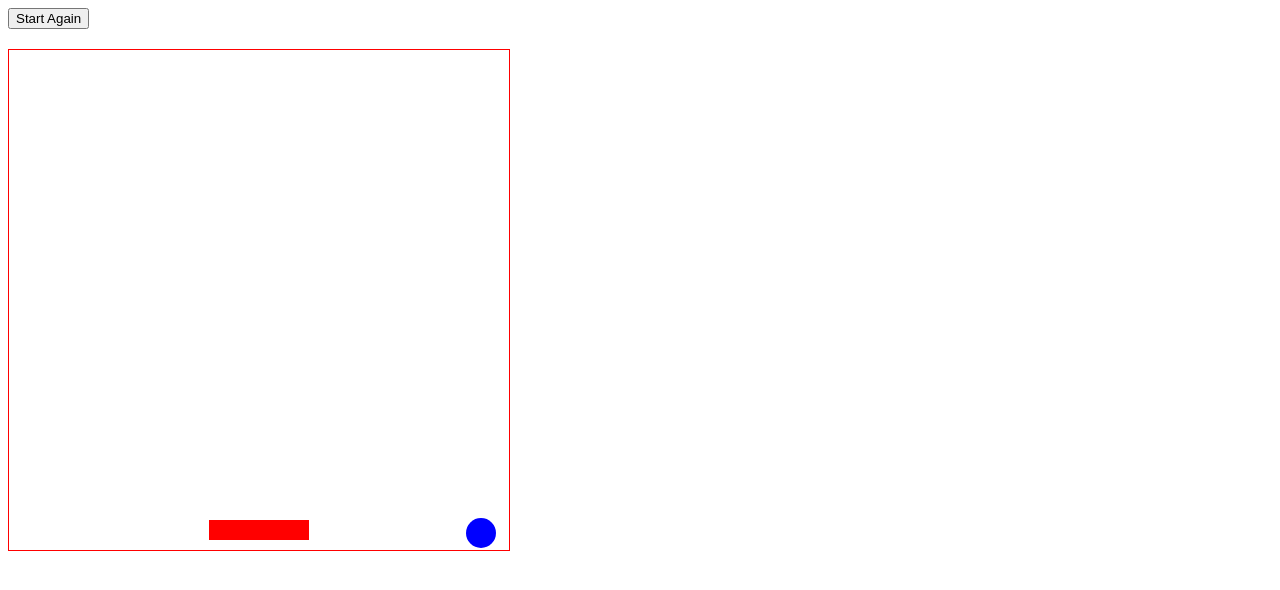
Repository: huynhsang96/CaseJS
Page: Demo_case/index.html
These files come from the project's save history. The page is drawn as it stood at one moment and after the next save; the edit follows.
The browser window is 1280 px wide. The pictures show the whole page.

Above is the page before, as saved 2022-02-18 20:29:31.

### Demo_case/index.html
<!DOCTYPE html>
<html lang="en">
<head>
    <meta charset="UTF-8">
    <meta http-equiv="X-UA-Compatible" content="IE=edge">
    <meta name="viewport" content="width=device-width, initial-scale=1.0">
    <title>Document</title>
    <style>

        canvas{
            margin-top: 20px;

        }
    </style>
</head>
<body>
    <div class="btn">
        <button class="btn-start">Start Again</button>
    </div>
    <canvas id="myCanvas" width="500" height="500" style="border:1px solid red;">


    <script src="./ball.js"></script>
    <script src="./bar.js"></script>
    <script src="./brick.js"></script>
    <script src="./main.js"></script>

    <script>

    </script>
</body>
</html>

### Demo_case/ball.js
class Ball{
    constructor(x, y, radius, color){
        this.x = x;
        this.y = y;
        this.radius = radius;
        this.color = color;
        this.speedX = 2;
        this.speedY = 3;
        this.canvas = document.getElementById("myCanvas");
        this.ctx = this.canvas.getContext('2d');
        this.isGameOver = false;
    }

    draw(){
        this.ctx.beginPath();
        this.ctx.arc(this.x, this.y, this.radius, 0, Math.PI * 2);
        this.ctx.fillStyle = this.color;
        this.ctx.fill();
        this.ctx.closePath();
    }

    updateBall(){
        this.x += this.speedX;
        this.y += this.speedY;
    }

    ballColiision(){
        if(this.x + this.radius > this.canvas.width || this.x < this.radius){
            this.speedX = -this.speedX;
        }
        if(this.y < this.radius){
            this.speedY = -this.speedY
        }
    }

    checkGame(){
        if(this.y + this.radius > this.canvas.height){
            this.isGameOver = true;
        }
    }

    move(){
        this.ctx.clearRect(0,0,this.canvas.width,this.canvas.height); // xóa canvas
        this.draw();
    }
}

### Demo_case/bar.js
class Bar{
    constructor(width, height, color){
        this.width = width;
        this.height = height;
        this.x = 200;
        this.y = 470;
        this.color = color;
        this.speed = 5;
        this.isMovingLeft = false;
        this.isMovingRight = false;
        this.canvas = document.getElementById("myCanvas");
        this.ctx = this.canvas.getContext('2d');
    }

    drawBar(){
        this.ctx.beginPath();
        this.ctx.rect(this.x, this.y, this.width, this.height);
        this.ctx.fillStyle = this.color;
        this.ctx.fill();
        this.ctx.closePath();
    }


    moveBar(){
        if(this.isMovingLeft && this.x > 0){
            this.x -= this.speed;
        }
        if(this.isMovingRight && this.x < this.canvas.width - this.width){
                this.x += this.speed;
            }
        }
}

### Demo_case/brick.js
class  Brick{
    constructor(){
        this.offsetX = 20;
        this.offsetY = 20;
        this.margin = 20;
        this.width = 60;
        this.height = 20;
        this.totalRow = 3;
        this.totalColum = 6;
        this.brickList = []
        this.isEndGame = false;
        this.canvas = document.getElementById("myCanvas");
        this.ctx = this.canvas.getContext('2d');
    }


    drawBrick(){
        this.brickList.forEach(element => {
            if(!element.isbroken){
                this.ctx.beginPath();
                this.ctx.rect(
                    element.x,
                    element.y,
                    this.width,
                    this.height,
                );
                this.ctx.fillStyle = "green";
                this.ctx.fill();
                this.ctx.closePath();
            }
        })
    }

    checkEndGame(){
        this.isEndGame = this.brickList.every(element =>{
            console.log(element.isbroken)
            return element.isbroken = true;
        })
    }
}

### Demo_case/main.js
let ball = new Ball(250,150,15,"blue");
let bar = new Bar(100,20,"red");
let bricks = new Brick();


// --------------------------Event Keyboard---------------------

document.addEventListener("keydown",function(e){
    if(e.keyCode === 37){
        bar.isMovingLeft = true;
    }
    if(e.keyCode === 39){
        bar.isMovingRight = true;
    }
})


document.addEventListener("keyup",function(e){
    if(e.keyCode === 37){
        bar.isMovingLeft = false;
    }
    if(e.keyCode === 39){
        bar.isMovingRight = false;
    }
})

// ----------------------------Bar----------------------------

function barCollision(){
    if(ball.x + ball.radius >= bar.x &&
        ball.y + ball.radius >= bar.y &&
        ball.x + ball.radius <= bar.x + bar.width){

        ball.speedY = -ball.speedY;
    }
}

// ----------------------------Bricks------------------------

// Tạo danh sách Bricks
for(let i = 0; i < bricks.totalColum; i++){
    for(let j = 0; j < bricks.totalRow; j++){
        bricks.brickList.push({
            x: bricks.offsetX + i * (bricks.width + bricks.margin),
            y: bricks.offsetY + j * (bricks.height + bricks.margin),
            isbroken: false,
        })
    }
}

// xử lý va chạm
function BricksCollision(){
    bricks.brickList.forEach(element =>{
        if(!element.isbroken){
            if(ball.x + ball.radius >= element.x &&
                ball.x + ball.radius <= element.x + bricks.width &&
                ball.y + ball.radius >= element.y &&
                ball.y + ball.radius <= element.y + bricks.height){
                ball.speedY = -ball.speedY;
                element.isbroken = true;
            }
        }
    })
}

console.log(bricks.checkEndGame())

function play(){
    ball.checkGame();

    if(!ball.isGameOver){
        ball.move();
        ball.updateBall();
        ball.ballColiision();

        bar.drawBar();
        bar.moveBar();
        barCollision();

        bricks.drawBrick();
        BricksCollision()

        requestAnimationFrame(play); // Giống đệ quy
    }else{
        alert("End Game!")
    }
}
play()

After the next save:
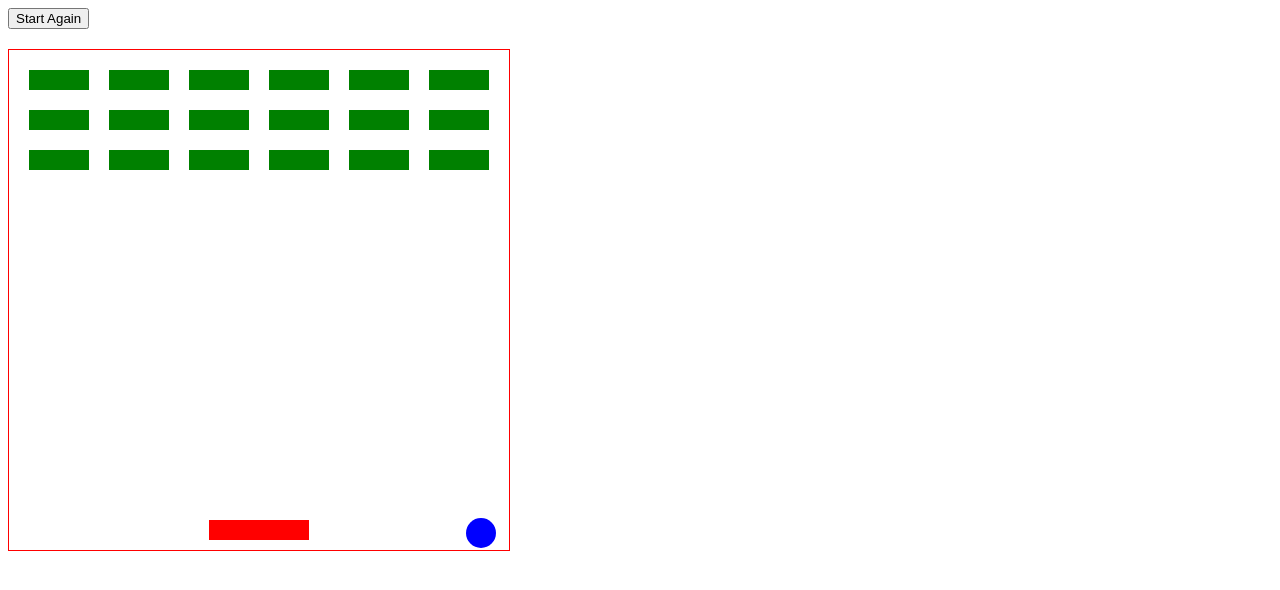
Saved 61 s later.
--- a/Demo_case/main.js
+++ b/Demo_case/main.js
@@ -63,7 +63,7 @@ function BricksCollision(){
     })
 }
 
-console.log(bricks.checkEndGame())
+// console.log(bricks.checkEndGame())
 
 function play(){
     ball.checkGame();

After the save that followed:
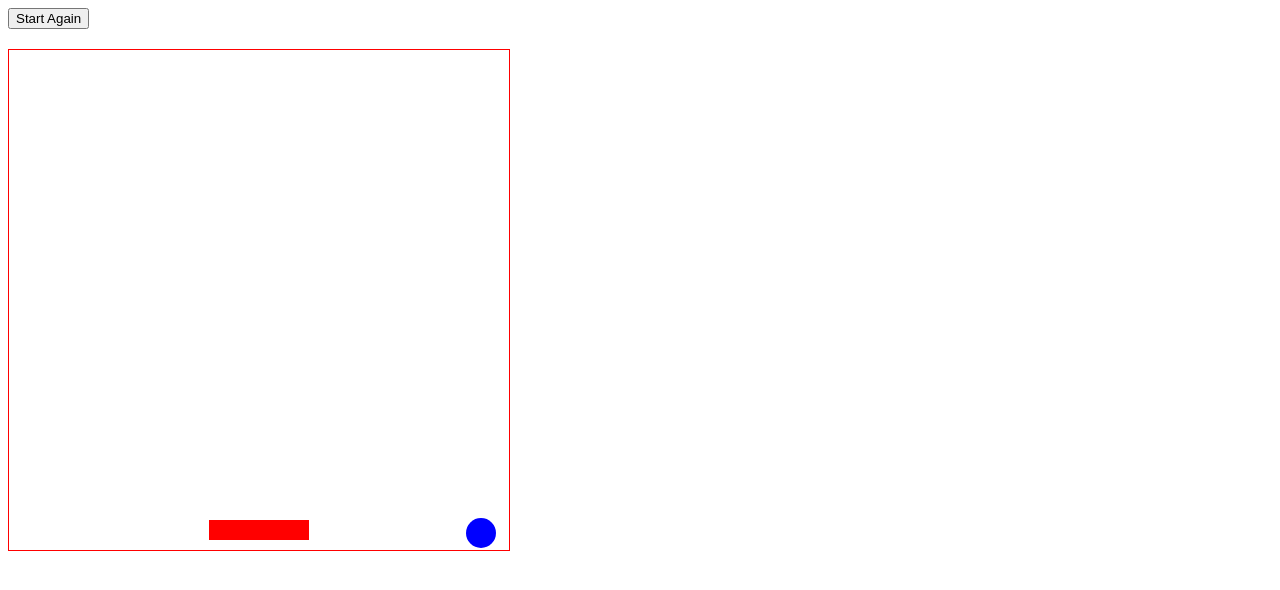
Saved 18 s later.
--- a/Demo_case/main.js
+++ b/Demo_case/main.js
@@ -67,7 +67,7 @@ console.log(bricks.checkEndGame())
 
 function play(){
     ball.checkGame();
-
+    console.log(bricks.checkEndGame())
     if(!ball.isGameOver){
         ball.move();
         ball.updateBall();
